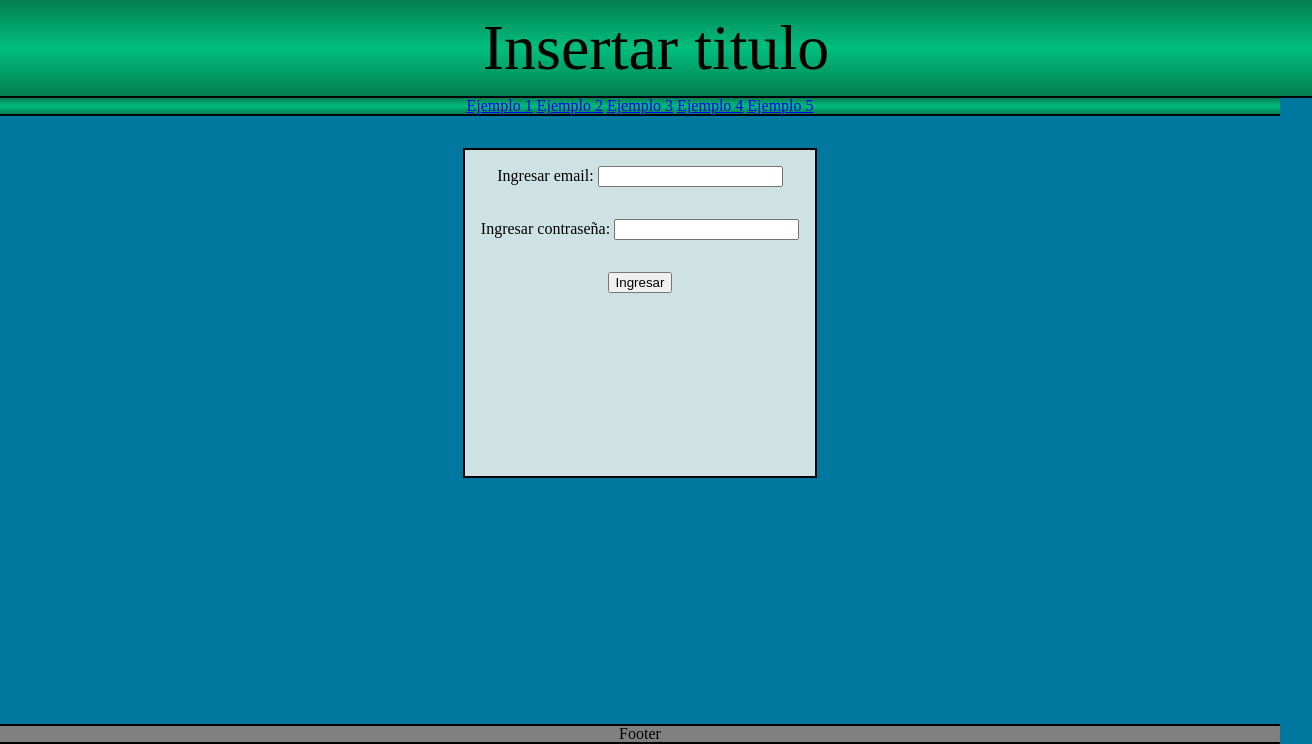
Repository: FacundoKinderknecht/Parcial-2-LPPA
Page: login/login.html
The author's editor kept a copy of each file at every save. The page is drawn from the files as they stood at one save, then again after the next save.
The browser window is 1280 px wide. The page is 1312 px wide, so the pictures cover 1312 px, including what lies to the right of the window. The pictures show the whole page.

Above is the page before, as saved 2022-07-06 10:34:18.

After the next save:
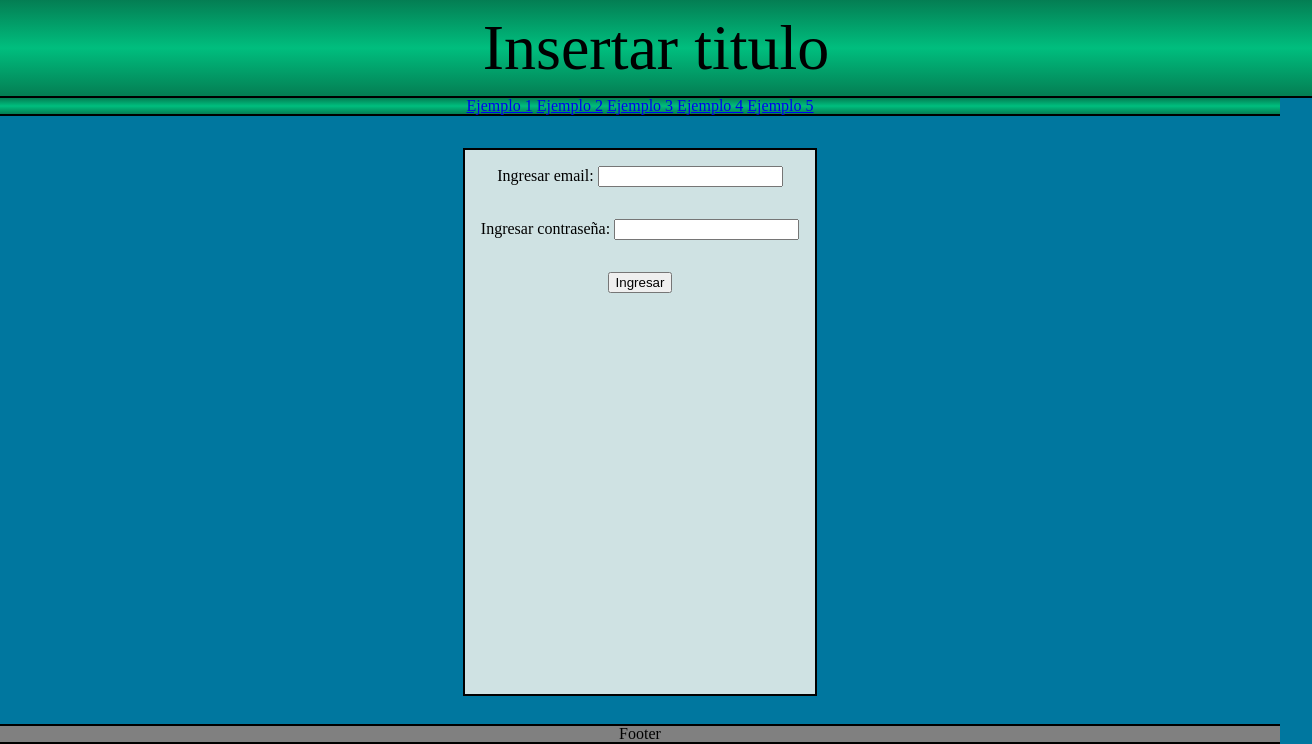
Saved 8 s later.
--- a/login/login.css
+++ b/login/login.css
@@ -32,7 +32,7 @@ main{
 form{
     display: inline-block;
     background-color: rgb(207, 226, 227);  border: black solid 2px;
-    height: 60%;
+    height: 100%;
     align-items: center;
     text-align: center;
 }
